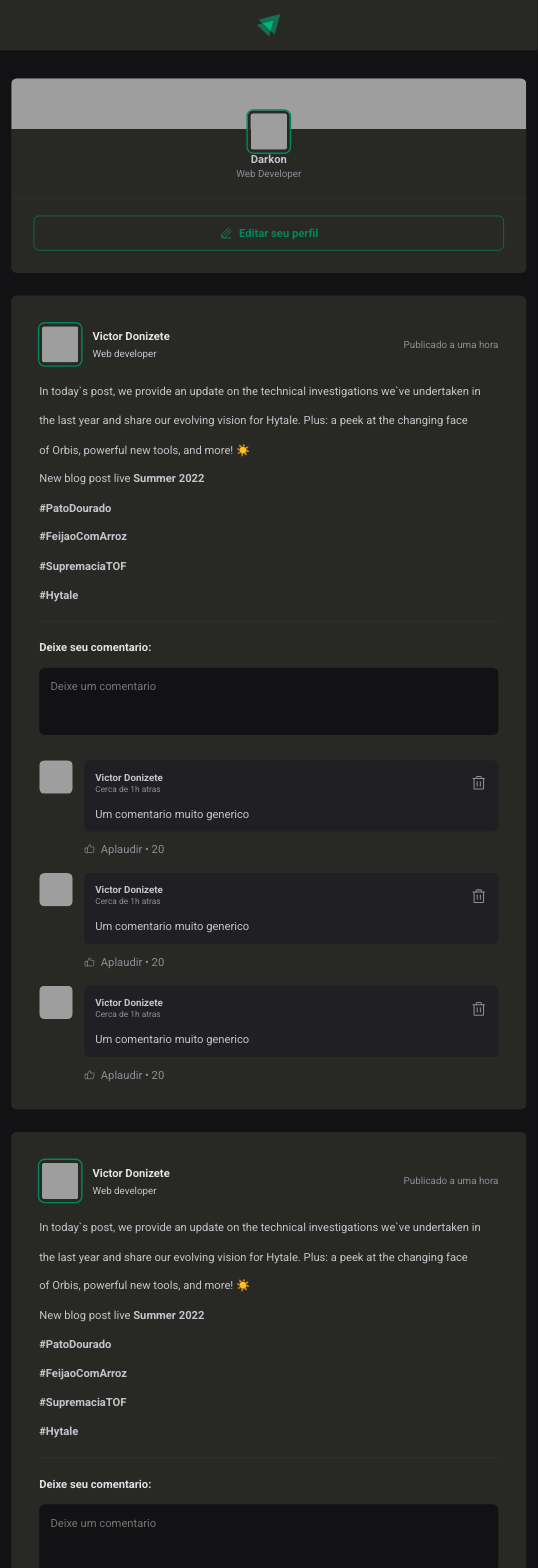
Repository: viviij/PseudoRedeSocial
Page: /
These files come from the project's save history. The page is drawn as it stood at one moment and after the next save; the edit follows.
The browser window is 768 px wide. The pictures show the part of the page from y = 0 to 2240 px (the page is 2820 px tall before and 2157 px after), at 70% of full size.
Pictures or frames that could not be fetched are drawn as grey boxes. The project was rebuilt for these pictures with package versions that can differ from the ones it lists, and the page was loaded fresh each time. Also part of the build but not shown: vite.config.js.

Above is the page before, as saved 2022-08-02 16:11:39.

After the next save:
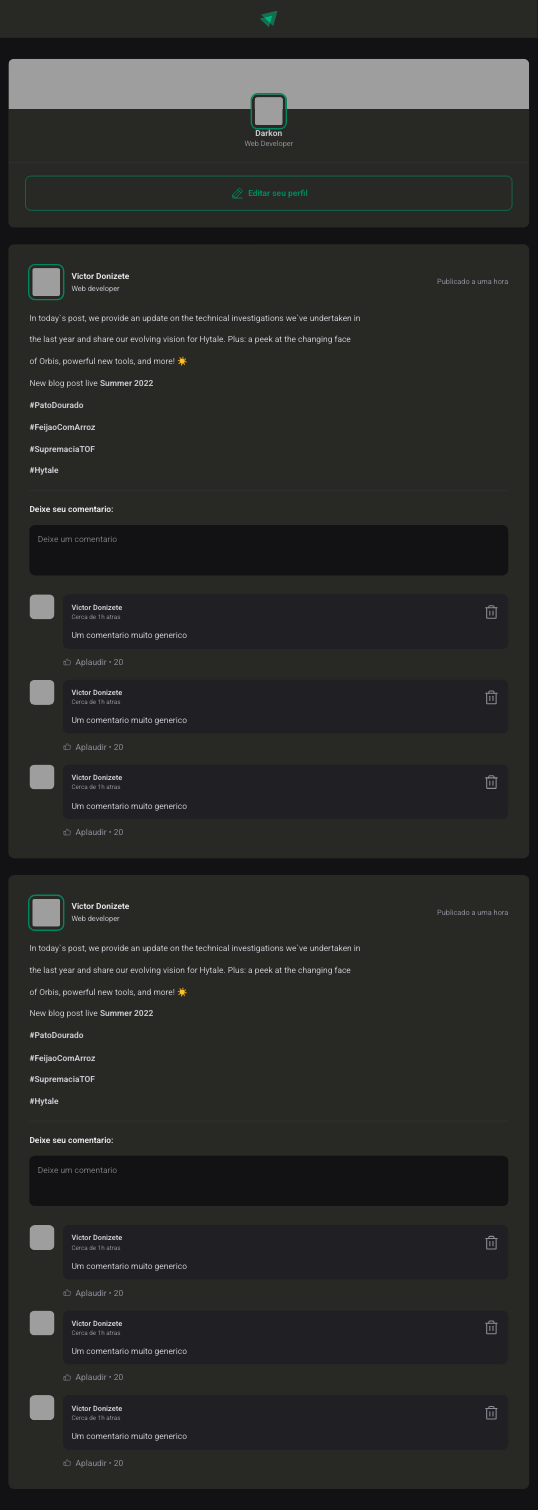
Saved 2 min 4 s later.
--- a/src/App.module.css
+++ b/src/App.module.css
@@ -11,6 +11,10 @@
 }
 
 @media(max-width: 768px) {
+  html {
+    font-size: 12px;
+  }
+
   .wrapper {
     grid-template-columns: 1fr;
   }
